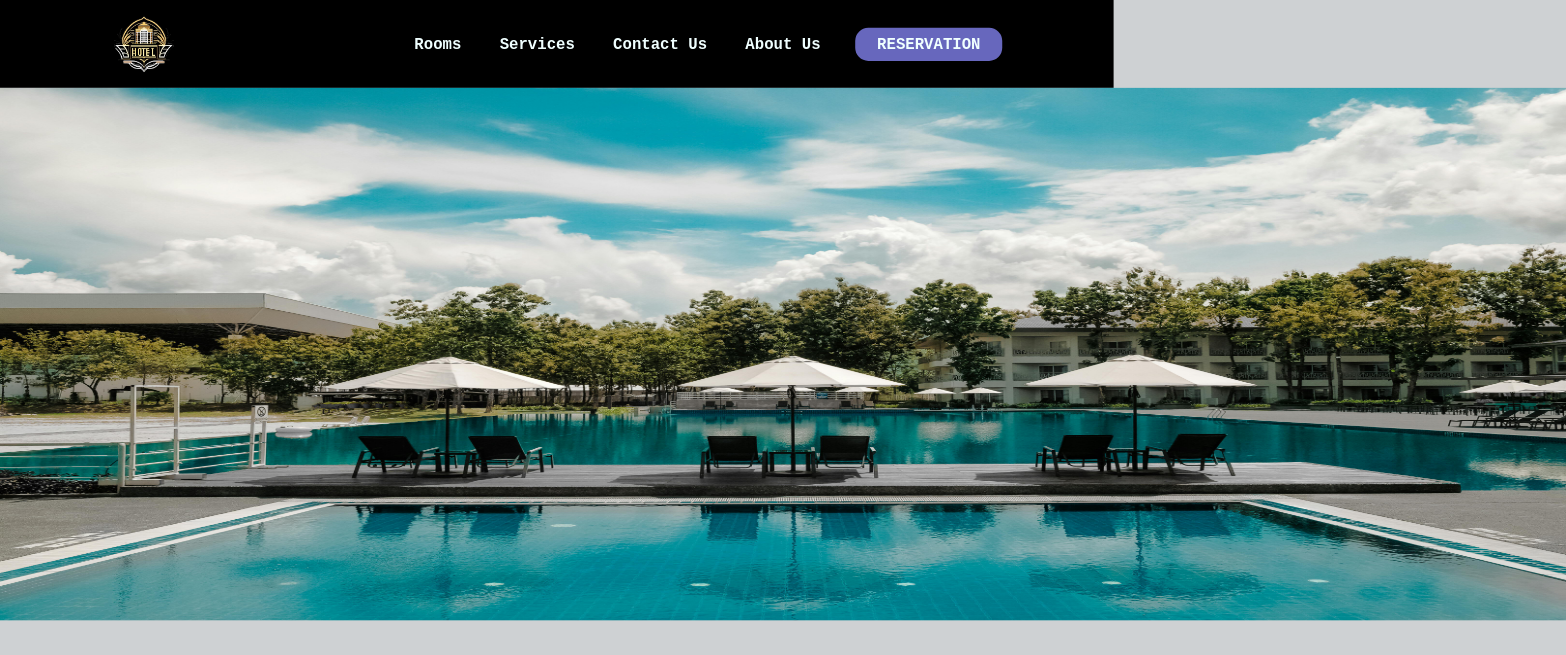
Repository: DhananjayaLakshan/Uom-Web_Design_For_Beginners
Page: Final Assignment/index.html
These files come from the project's save history. The page is drawn as it stood at one moment and after the next save; the edit follows.
The browser window is 1280 px wide. The page is 1800 px wide, so the pictures cover 1800 px, including what lies to the right of the window. The pictures show the whole page, at 87% of full size.

Above is the page before, as saved 2023-11-29 14:23:14.

After the next save:
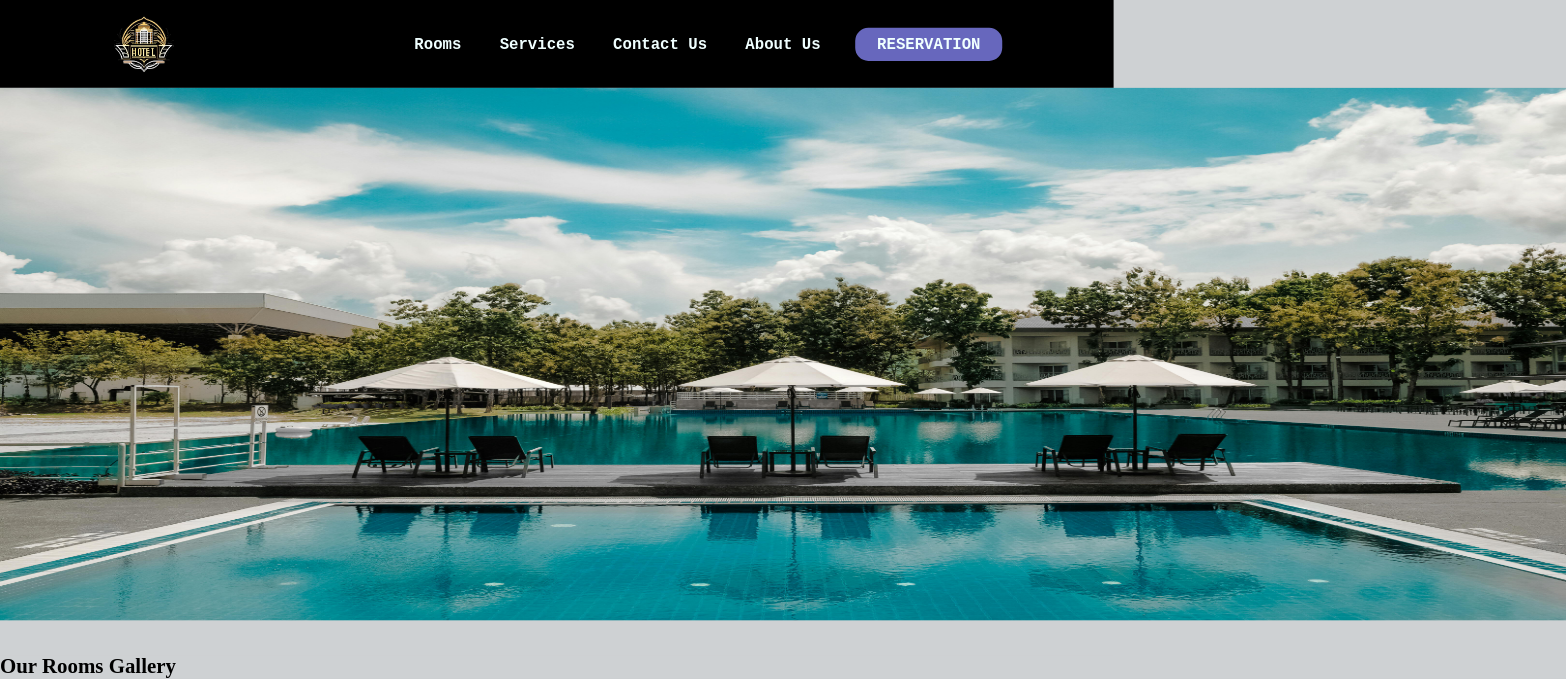
Saved 4 min 28 s later.
--- a/Final Assignment/index.html
+++ b/Final Assignment/index.html
@@ -40,6 +40,9 @@
 
         <br><br><br>
 
+        <h2>Our Rooms Gallery</h2>
+
+
 
 
 
